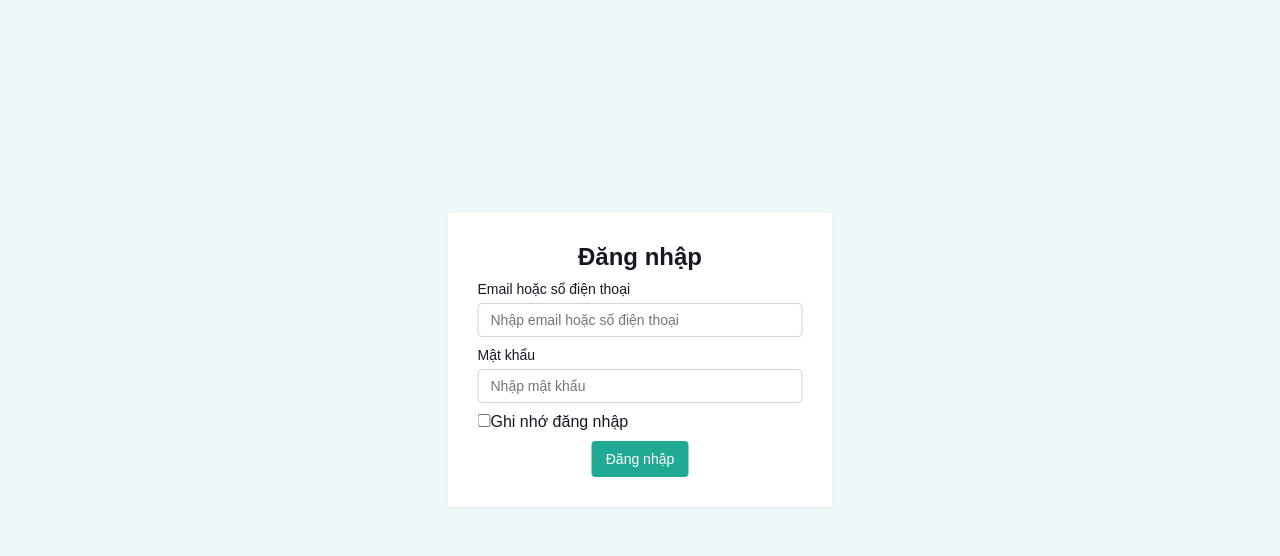
Repository: ntq25012002/chat-app
Page: /login
The author's editor kept a copy of each file at every save. The page is drawn from the files as they stood at one save, then again after the next save.
The browser window is 1280 px wide. The pictures show the whole page.
The project was rebuilt for these pictures with package versions that can differ from the ones it lists, and the page was loaded fresh each time. Also part of the build but not shown: src/pages/Home/index.js, src/pages/Profile/index.js, src/layouts/components/SideBar/index.js, src/layouts/DefaultLayout/index.js.

Above is the page before, as saved 2023-05-19 10:54:53.

### src/index.js
import React from 'react';
import ReactDOM from 'react-dom/client';
// import './index.css';
import App from './App';
import reportWebVitals from './reportWebVitals';
import GlobalStyles from '~/components/GlobalStyles';

const root = ReactDOM.createRoot(document.getElementById('root'));
root.render(
  <React.StrictMode>
    <GlobalStyles>
      <App />
    </GlobalStyles>
  </React.StrictMode>
);

// If you want to start measuring performance in your app, pass a function
// to log results (for example: reportWebVitals(console.log))
// or send to an analytics endpoint. Learn more: https://bit.ly/CRA-vitals
reportWebVitals();

### src/App.js
// import logo from './logo.svg';
import './App.css';
import React, {Fragment} from 'react';
import { BrowserRouter as Router, Routes, Route } from 'react-router-dom';
import {publicRoutes, privateRoutes} from '~/routes';
import DefaultLayout from '~/layouts/DefaultLayout';
function App() {
  return (
    <Router>
      <div className="App">
          <Routes>
            {
              publicRoutes.map((route, index) => {
                const Page = route.component;
                let Layout = DefaultLayout;
                if(route.layout) {
                  Layout = route.layout;
                }else if(route.layout === null) {
                  Layout = Fragment;
                }

                return (
                  <Route
                      key={index}
                      path={route.path}
                      element={
                        <Layout>
                          <Page />
                        </Layout>
                      }
                    />
                )
              })
            }

          </Routes>
      </div>
    </Router>
  );
}

export default App;

### src/components/GlobalStyles/index.js
import styles from '~/components/GlobalStyles/GlobalStyle.scss';

function GlobalStyles({ children }) {
    return children
}

export default GlobalStyles;

### src/routes/index.js
import Home from '~/pages/Home'
import Login from '~/pages/Login'
import Profile from '~/pages/Profile'

const publicRoutes = [
    {path: '/', component: Home},
    {path: '/profile', component: Profile},
    {path: '/login', component: Login, layout: null},
]

const privateRoutes = [
    // {route: '/dashboard', component: Dashboard},
]

export {publicRoutes, privateRoutes}

### src/components/GlobalStyles/GlobalStyle.scss
@import url("https://fonts.googleapis.com/css2?family=Poppins:wght@200;300;400;500;600;700&display=swap");

$heightHeader: 60px;
$widthPage: 100%;
$textColorPrimary: #161823;
$colorPrimary: #FE2C55;
$textColorSecond: #161823bf;

:root {
    --width-page: 100%;
    --height-header: 60px;
    --color-primary: #FE2C55;
    --text-color-primary: #161823;
    --text-coloe-second: #161823bf;
    --color-white: #FFFFFFFF;
    --border-color: #0000001f;
    --background-hover: rgb(22 24 35 / 3%);
}

html {
    font-size:62.5%
}

* {
    margin: 0;
    padding: 0;
    box-sizing: border-box;
}

body {
    // font-family: 'Montserrat', sans-serif;
    // font-family: 'Roboto', sans-serif;
    font-family: ProximaNova, Arial, Tahoma, PingFangSC, sans-serif;
    font-size: 1.6rem;
    text-rendering: optimizeSpeed;
    color: $textColorPrimary;
}

button, input, [tabindex] {
    border: none;
    outline: none;
}

a[href] {
    color: $textColorPrimary;
    text-decoration: none;
}

.wrapper {
    margin: 0 auto;
    display: flex;
    align-items: space-between;
    flex-direction: column;
}

.container {
    max-width: $widthPage;
    width: $widthPage;
    margin: 0 auto;
    display: flex;
}

.text-left {
    text-align: left;
}
.text-center {
    text-align: center;
}
.d-block {
    display: block;
}
.d-flex {
    display: flex;
}
.flex-column {
    flex-direction: column;
}
.justify-content-center {
    justify-content: center;
}

.justify-content-between {
    justify-content: space-between;
}

.justify-content-start {
    justify-content: start;
}

// BUTTON

.btn {
    padding: 10px 14px;
    border-radius: 4px;
}

### src/pages/Login/index.js
import React from 'react';
import classNames from 'classnames/bind';
import styles from './Login.module.scss';
import images from '~/assets/images'

const cx = classNames.bind(styles);
function Login() {
    return (
            <div className={cx('wrapper')}>
                <div className={cx('content')} >
                    <img src={images.bg_login} alt="" />
                    <div className={cx('form-container')}>
                        <div className={cx('title')}>
                            <h2>Đăng nhập</h2>
                        </div>
                        <form className={cx('form form-register')}>
                            <div className={cx('form-group')}>
                                <label className={cx('form-label')}>Email hoặc số điện thoại</label>
                                <input type="text" className={cx('form-control')} placeholder='Nhập email hoặc số điện thoại'/>
                            </div>
                            <div className={cx('form-group')}>
                                <label className={cx('form-label')}>Mật khẩu</label>
                                <input type="password" className={cx('form-control')} placeholder='Nhập mật khẩu'/>
                            </div>
                            <div className='d-flex'>
                                <div className={cx('form-control')}>
                                    <input type="checkbox" />
                                    <label>Ghi nhớ đăng nhập</label>
                                </div>
                            </div>
                            <button className={cx('btn-submit')}>Đăng nhập</button>
                        </form>
                    </div>
                </div>
            </div>
        );
}

export default Login;

### src/pages/Login/Login.module.scss
.wrapper {
    background-color: rgb(237, 249, 249);
}
.content {
    height: 100vh;
    display: flex;
    justify-content: center;
    align-items: center;
    flex-direction: column;
    position: relative;

    .form-container {
        position: absolute;
        top: 50%;
        left: 50%;
        transform: translate(-50%, -50%);
        box-shadow: 0 0.125rem 0.25rem rgba(0,0,0,0.075);
        padding: 30px;
        background-color: #ffffff;
        border-radius: 4px;
        .title {
            margin-bottom: 10px;
        }
        .form-group {
            display: flex;
            flex-direction: column;
            .form-label {
                text-align: left;
                font-size: 14px;
                margin-bottom: 6px;
            }
            .form-control {
                padding: 8px 12px;
                border: 1px solid #ced4da;
                border-radius: 4px;
                font-size: 14px;
                min-width: 325px;
                margin-bottom: 10px;
            }
        }
        .btn-submit {
            margin-top: 10px;
            padding: 10px 14px;
            font-size: 14px;
            border-radius: 4px;
            background-color: #21aa93;
            color: #ffffff;
        }
    }
}

### src/assets/images/index.js
const images = {
    // logo: require('~/assets/images/logo.svg').default,
    bg_login: require('~/assets/images/signin-img-cyan.svg').default
}

export default images;

Loaded but not shown: public/index.html (common file); src/reportWebVitals.js (common file); src/App.css (common file)

After the next save:
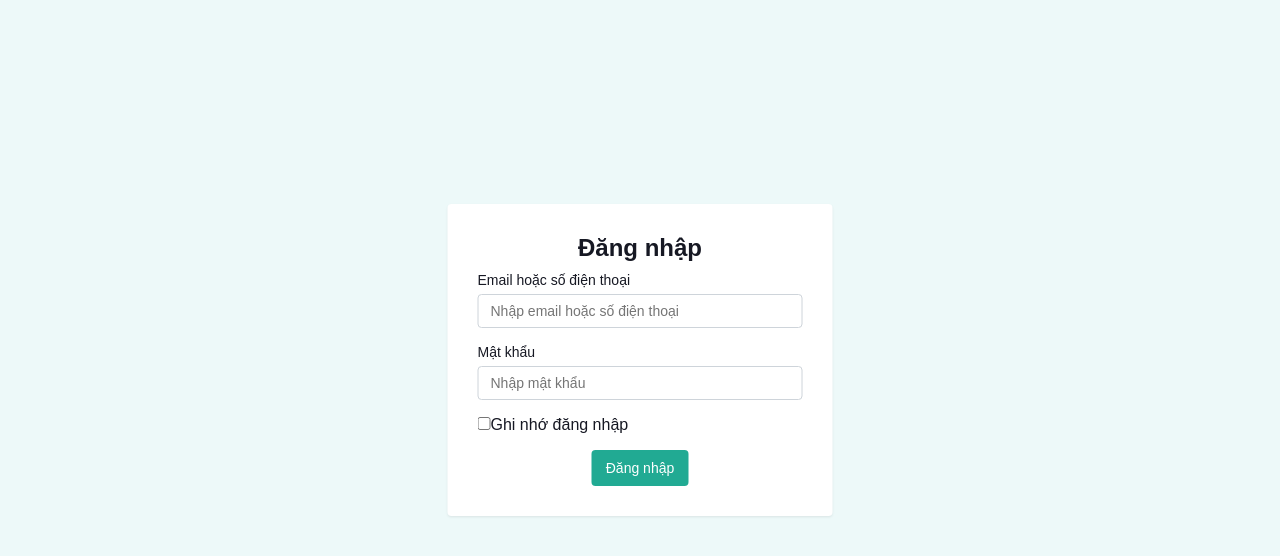
Saved 61 s later.
--- a/src/pages/Login/Login.module.scss
+++ b/src/pages/Login/Login.module.scss
@@ -35,11 +35,11 @@
                 border-radius: 4px;
                 font-size: 14px;
                 min-width: 325px;
-                margin-bottom: 10px;
+                margin-bottom: 16px;
             }
         }
         .btn-submit {
-            margin-top: 10px;
+            margin-top: 16px;
             padding: 10px 14px;
             font-size: 14px;
             border-radius: 4px;
